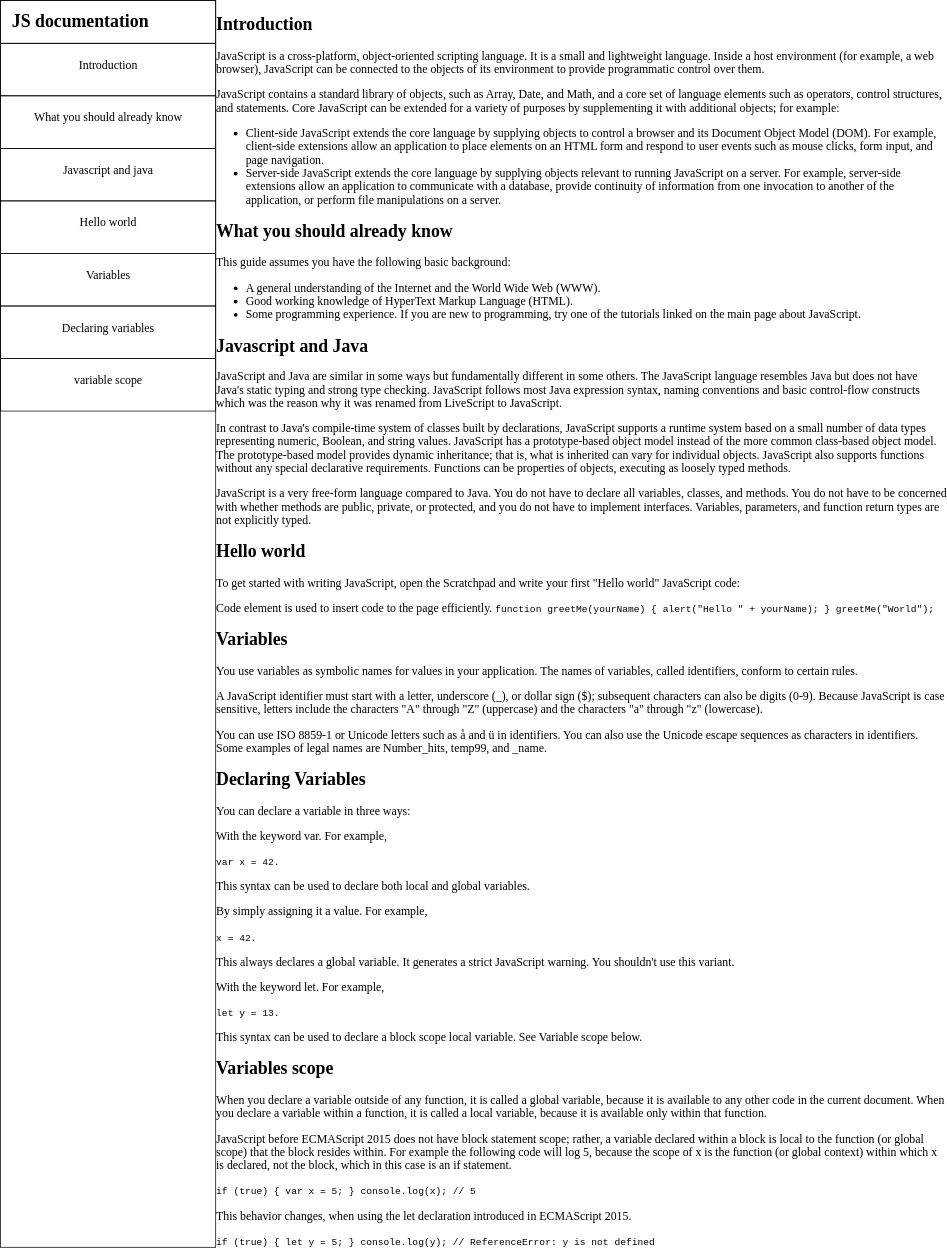
Repository: Pafestivo/Technical-documentation
Page: index.html
The author's editor kept a copy of each file at every save. The page is drawn from the files as they stood at one save, then again after the next save.
The browser window is 1280 px wide. The pictures show the whole page, at 74% of full size.

Above is the page before, as saved 2022-09-07 13:29:25.

After the next save:
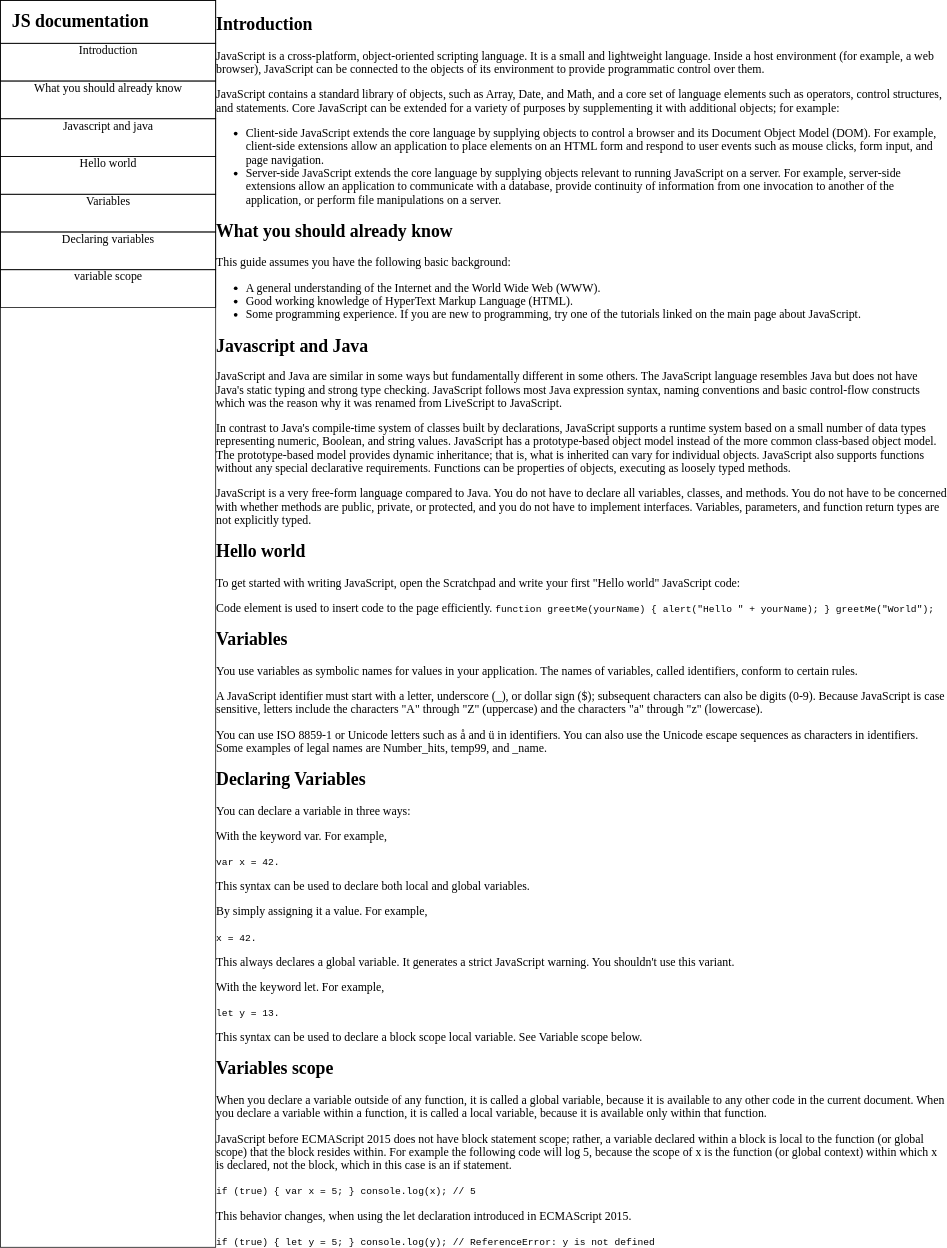
Saved 7 s later.
--- a/styles.css
+++ b/styles.css
@@ -42,7 +42,6 @@ body {
   height: 50px;
   border: 1px solid #000;
   text-align: center;
-  padding-top: 20px;
 }
 
 /* Navigation bar end  */
